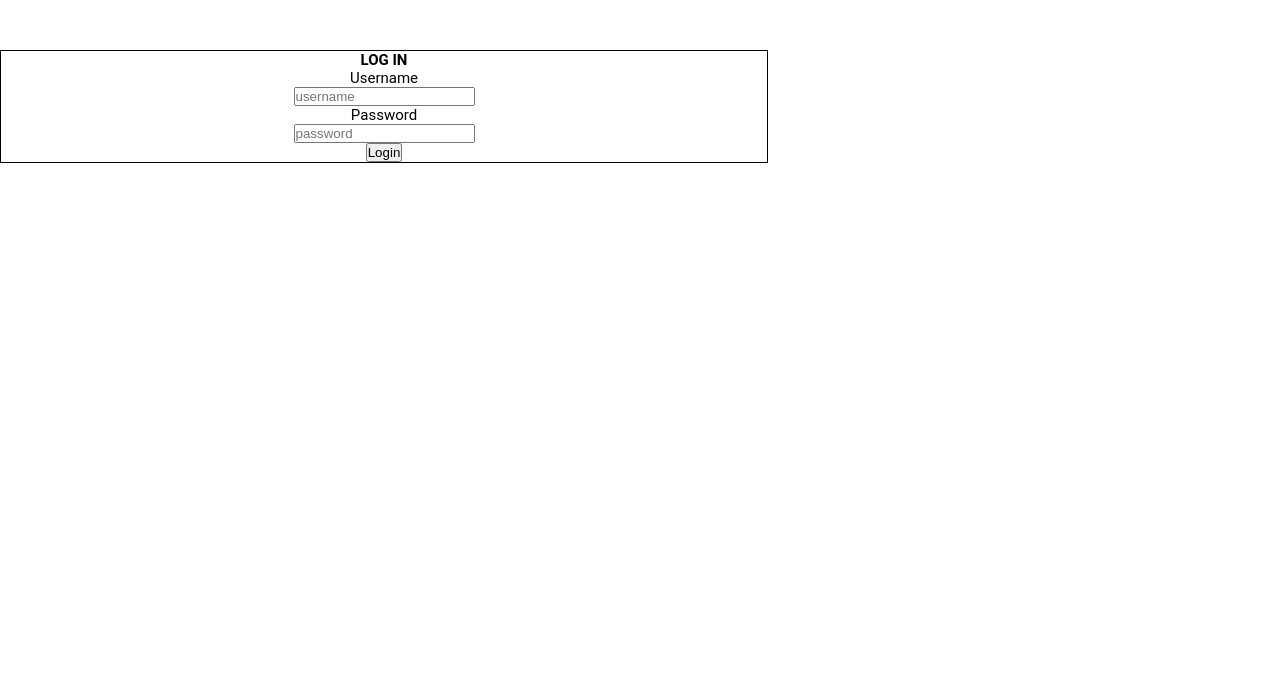
Repository: huyna1707/learning-git
Page: index.html
These files come from the project's save history. The page is drawn as it stood at one moment and after the next save; the edit follows.
The browser window is 1280 px wide. The pictures show the whole page.

Above is the page before, as saved 2024-08-09 23:13:06.

### index.html
<!DOCTYPE html>
<html>
<head>
    <title>Form Login</title>
    <link rel="stylesheet" href="style.css">
    <script defer src="main.js"></script>
</head>
<body>
    <form action="menu">
        <h4>LOG IN</h4>
        <label for="username">Username</label>
        <input type="text" placeholder="username" id="username">
        <label for="passworld">Password</label>
        <input type="password" placeholder="password" id="password">
        <button type="submit" onclick="login">Login</button>
    </form>
</body>
</html>

### style.css
*{
    margin: 0;
    padding: 0;
    box-sizing: border-box;
}

html{
    font-size: 15px;
    font-family: 'Roboto', sans-serif;
}

form{
    width: 60vw;
    height: ;
    display: flex;
    flex-direction: column;
    justify-content: center;
    align-items: center;
    margin-top: 50px;
    border: 1px solid black;
}

### main.js
// window.prompt('What is your name?');

After the next save:
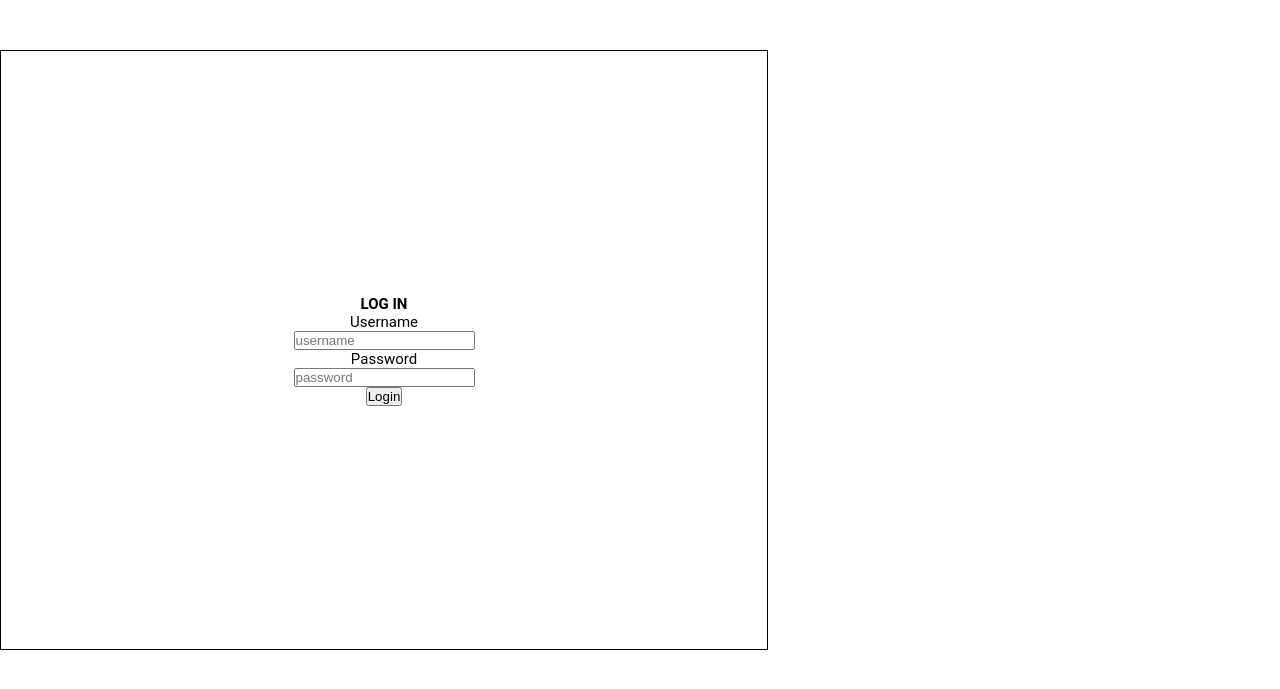
Saved 5 s later.
--- a/style.css
+++ b/style.css
@@ -11,7 +11,7 @@ html{
 
 form{
     width: 60vw;
-    height: ;
+    height: 600px;
     display: flex;
     flex-direction: column;
     justify-content: center;
